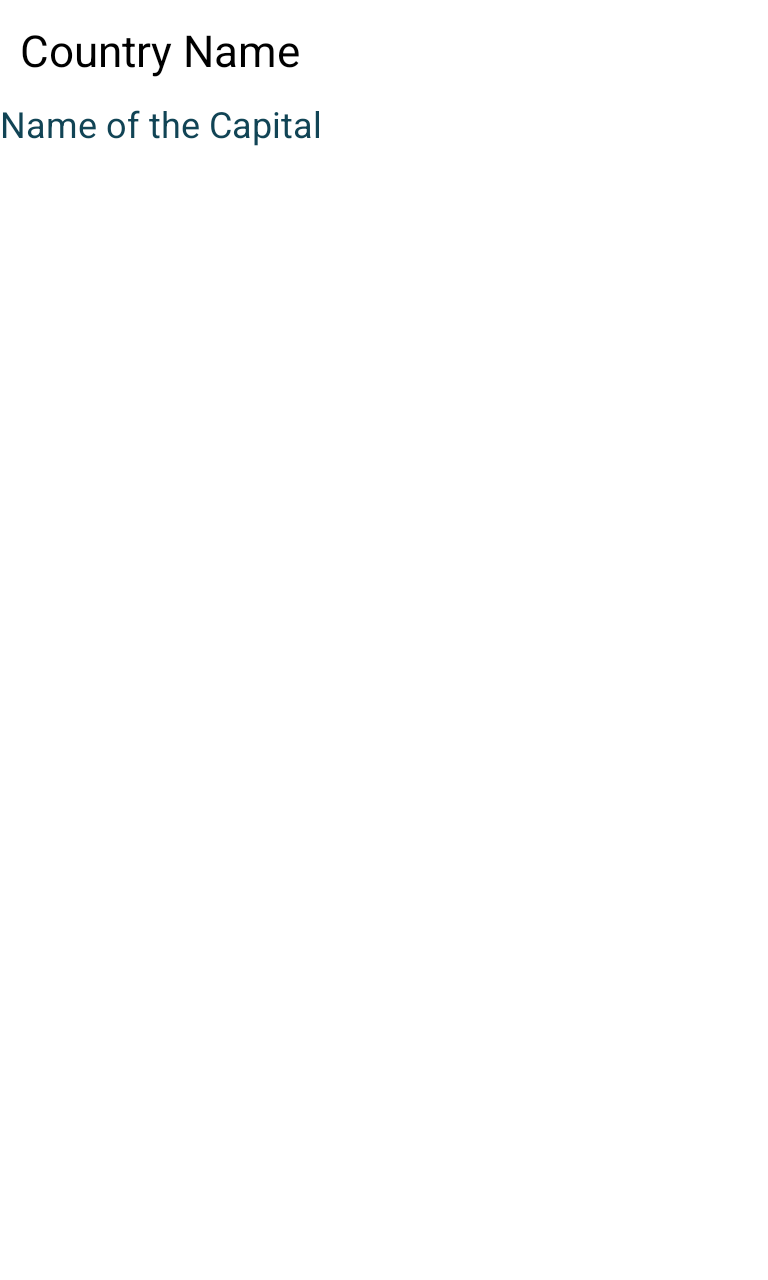
Repository: smartapps08/addteqtutorials
Layout: ListActivity Demo/res/layout/items.xml
These files come from the project's save history. The layout is drawn as it stood at one moment and after the next save; the edit follows.
It is drawn on a 768 x 1280 px phone screen (xhdpi) without system bars, with theme android:Theme; the app's code is not run.

Above is the layout before, as saved 2012-06-11 17:55:07.

### ListActivity Demo/res/layout/items.xml
<?xml version="1.0" encoding="utf-8"?>
<LinearLayout xmlns:android="http://schemas.android.com/apk/res/android"
    android:layout_width="fill_parent"
    android:layout_height="wrap_content"
    android:orientation="vertical"
    android:background="#ffffff">

    <TextView
        android:id="@+id/txtCountryName"
        android:layout_width="fill_parent"
        android:layout_height="wrap_content"
        android:text="Country Name"
        android:textColor="#000000"
        android:padding="10dp"
        android:textAppearance="?android:attr/textAppearanceLarge" />

    <TextView
        android:id="@+id/txtCapital"
        android:layout_width="wrap_content"
        android:layout_height="wrap_content"
        android:text="Name of the Capital"
        android:textAppearance="?android:attr/textAppearanceMedium"
        android:textColor="#114455"/>

</LinearLayout>

After the next save:
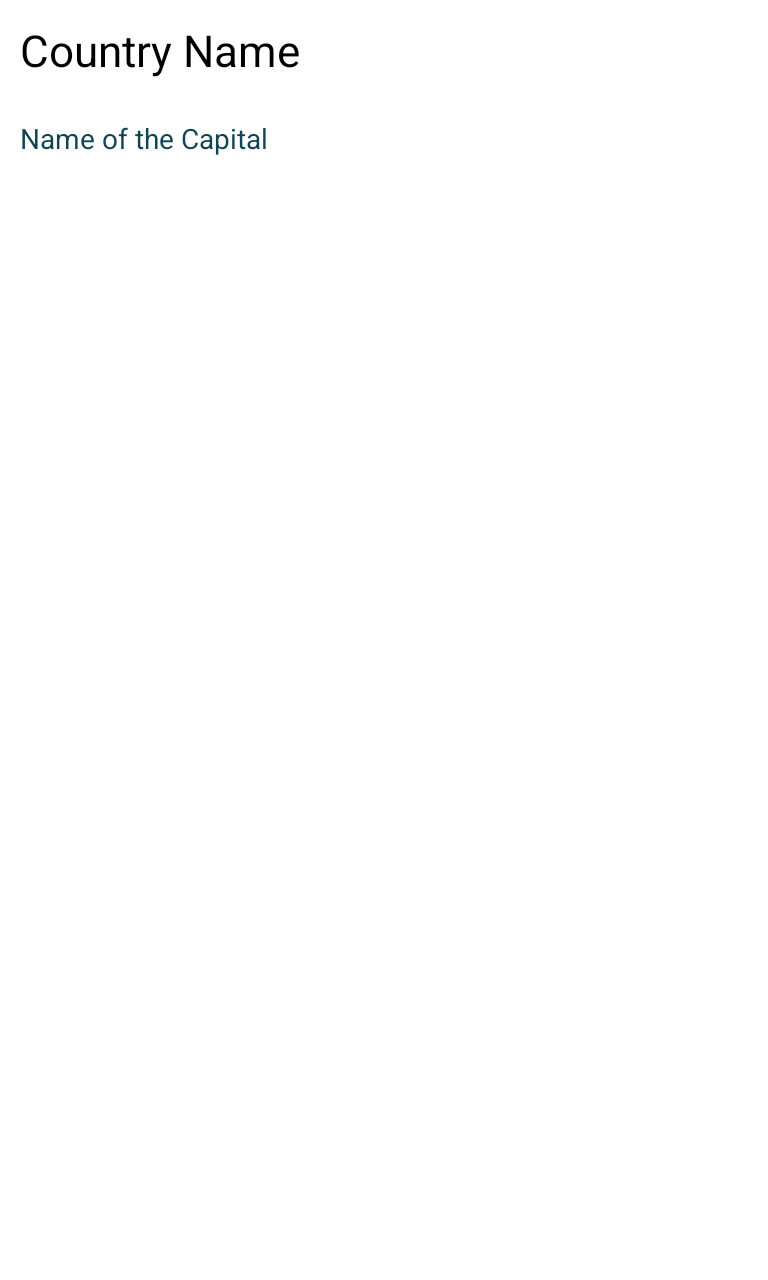
Saved 68 s later.
--- a/ListActivity Demo/res/layout/items.xml
+++ b/ListActivity Demo/res/layout/items.xml
@@ -19,7 +19,8 @@
         android:layout_width="wrap_content"
         android:layout_height="wrap_content"
         android:text="Name of the Capital"
-        android:textAppearance="?android:attr/textAppearanceMedium"
-        android:textColor="#114455"/>
+        android:textAppearance="?android:attr/textAppearanceSmall"
+        android:textColor="#114455"
+         android:padding="10dp"/>
 
 </LinearLayout>
